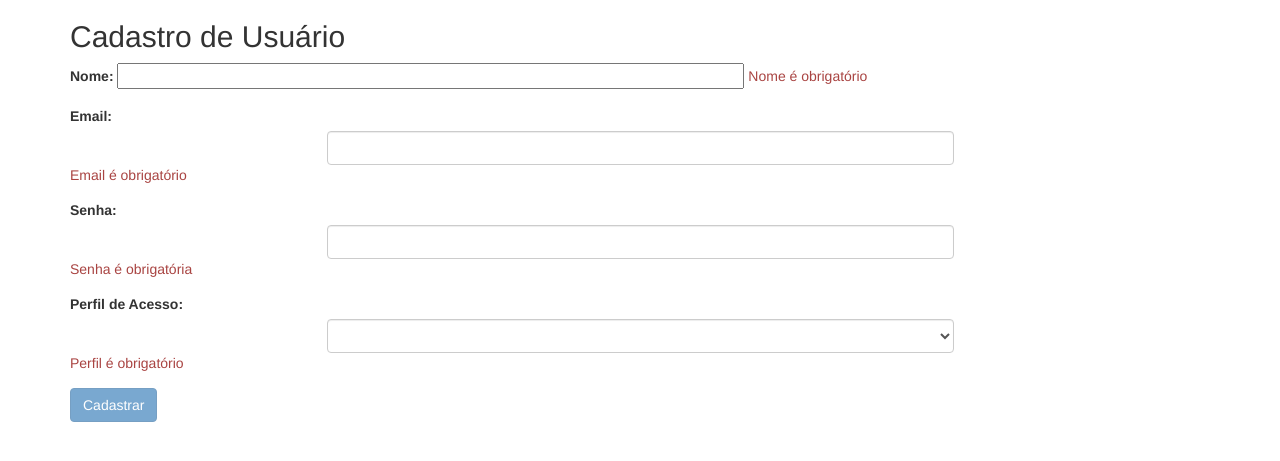
Repository: AndersonSchinemann/ProjetoSaas
Page: TopData/src/main/resources/static/views/cadastro.html
An editor plug-in stored every save of this project. The page is shown before and after the next save, followed by the edit.
The browser window is 1280 px wide. The pictures show the whole page.

Above is the page before, as saved 2023-11-13 16:45:47.

### TopData/src/main/resources/static/views/cadastro.html
<!-- Adicione Bootstrap CSS e AngularJS -->
<link rel="stylesheet" href="https://maxcdn.bootstrapcdn.com/bootstrap/3.3.7/css/bootstrap.min.css">

<!-- Adicione ng-bootstrap CSS e JavaScript -->
<!--<link rel="stylesheet" href="https://maxcdn.bootstrapcdn.com/bootstrap/4.5.2/css/bootstrap.min.css">-->
<script src="https://ajax.googleapis.com/ajax/libs/angularjs/1.8.2/angular.min.js"></script>
<!--<script src="https://cdnjs.cloudflare.com/ajax/libs/angular-ui-bootstrap/3.0.6/ui-bootstrap-tpls.min.js"></script>-->
<style>
  /* Adicione um estilo personalizado para ajustar a largura dos inputs */
  .custom-width-input {
    width: 55%; /* Largura desejada */
    margin: auto; /* Para centralizar horizontalmente */
  }
</style>
<!-- Seus scripts Angular -->
<script src="js/controllerCad.js"></script>

<div class="container text-left" ng-app="CadastroApp" ng-controller="CadastroController">
  <h2>Cadastro de Usuário</h2>

  <form name="formulario" ng-app>
    <div class="form-group">
      <label for="nome">Nome:</label>
      <input type="text" class="form-group custom-width-input" id="nome" ng-model="usuario.nome" name="nome" required>
      <span ng-class="{'text-danger': formulario.nome.$error.required}" ng-show="formulario.nome.$error.required">Nome é obrigatório</span>
    </div>

    <div class="form-group text-left">
      <label for="email">Email:</label>
      <input type="email" class="form-control custom-width-input" id="email" ng-model="usuario.email" name="email" required>
      <span ng-class="{'text-danger': formulario.email.$error.required}" ng-show="formulario.email.$error.required">Email é obrigatório</span>
      <span ng-class="{'text-danger': formulario.email.$error.email}" ng-show="formulario.email.$error.email">E-mail inválido</span>
    </div>

    <div class="form-group text-left">
      <label for="senha">Senha:</label>
      <input type="password" class="form-control custom-width-input" id="senha" ng-model="usuario.senha" name="senha" required>
      <span ng-class="{'text-danger': formulario.senha.$error.required}" ng-show="formulario.senha.$error.required">Senha é obrigatória</span>
    </div>

    <div class="form-group text-left">
      <label for="perfil">Perfil de Acesso:</label>
      <select class="form-control custom-width-input" id="perfil" ng-model="usuario.perfil" name="perfil" required>
        <option value="admin">Admin</option>
        <option value="usuario">Usuário</option>
      </select>
      <span ng-class="{'text-danger': formulario.perfil.$error.required}" ng-show="formulario.perfil.$error.required">Perfil é obrigatório</span>
    </div>

    <button type="button" class="btn btn-primary" ng-click="cadastrarUsuario()" ng-disabled="formulario.$invalid || formulario.$pristine">Cadastrar</button>
  </form>
</div>

### TopData/src/main/resources/static/js/controllerCad.js
var app = angular.module('CadastroApp',  []);

app.controller('CadastroController', function($scope, $http) {
    $scope.usuario = {};

    $scope.cadastrarUsuario = function() {
        // Aqui você pode enviar os dados para o backend (Spring Boot) usando $http.post
        // Exemplo:
       for (var key in $scope.usuario) {
        if (!$scope.usuario[key]) {
          // Exibe uma mensagem de erro informando qual campo está vazio
          alert('O campo ' + key + ' é obrigatório.');
          return;
        }
      }
      $http.post('/api/usuarios', $scope.usuario)
           .then(function(response) {
		        console.log(response.data);
		        // Exibir mensagem de sucesso
		        alert('Usuário cadastrado com sucesso!');
		    })
		    .catch(function(error) {
		        console.log(error);
		        // Exibir mensagem de erro
		        alert('Erro ao cadastrar usuário. Por favor, tente novamente JS.');
			});

	}

});

After the next save:
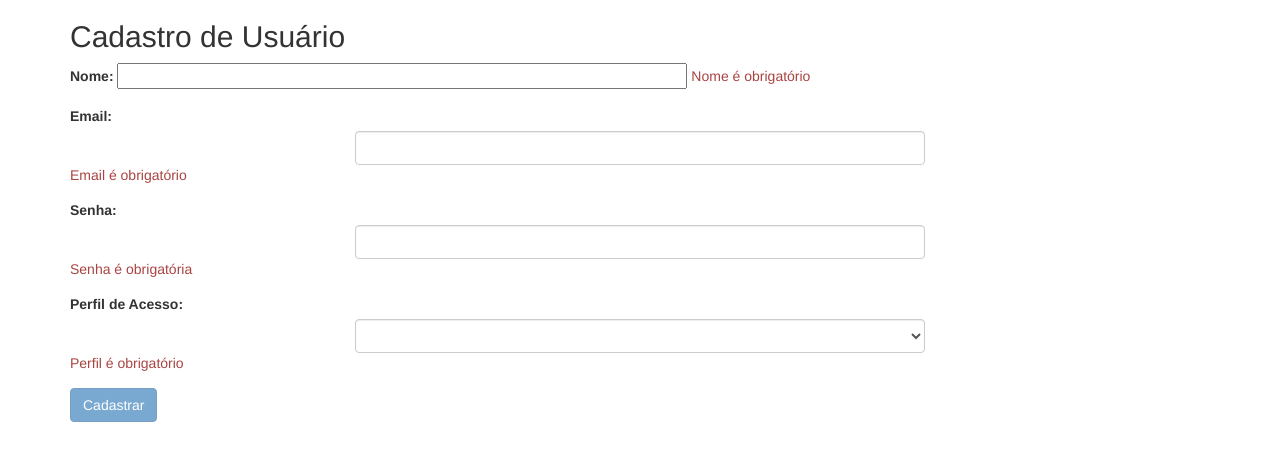
Saved 11 s later.
--- a/TopData/src/main/resources/static/views/cadastro.html
+++ b/TopData/src/main/resources/static/views/cadastro.html
@@ -8,7 +8,7 @@
 <style>
   /* Adicione um estilo personalizado para ajustar a largura dos inputs */
   .custom-width-input {
-    width: 55%; /* Largura desejada */
+    width: 50%; /* Largura desejada */
     margin: auto; /* Para centralizar horizontalmente */
   }
 </style>
